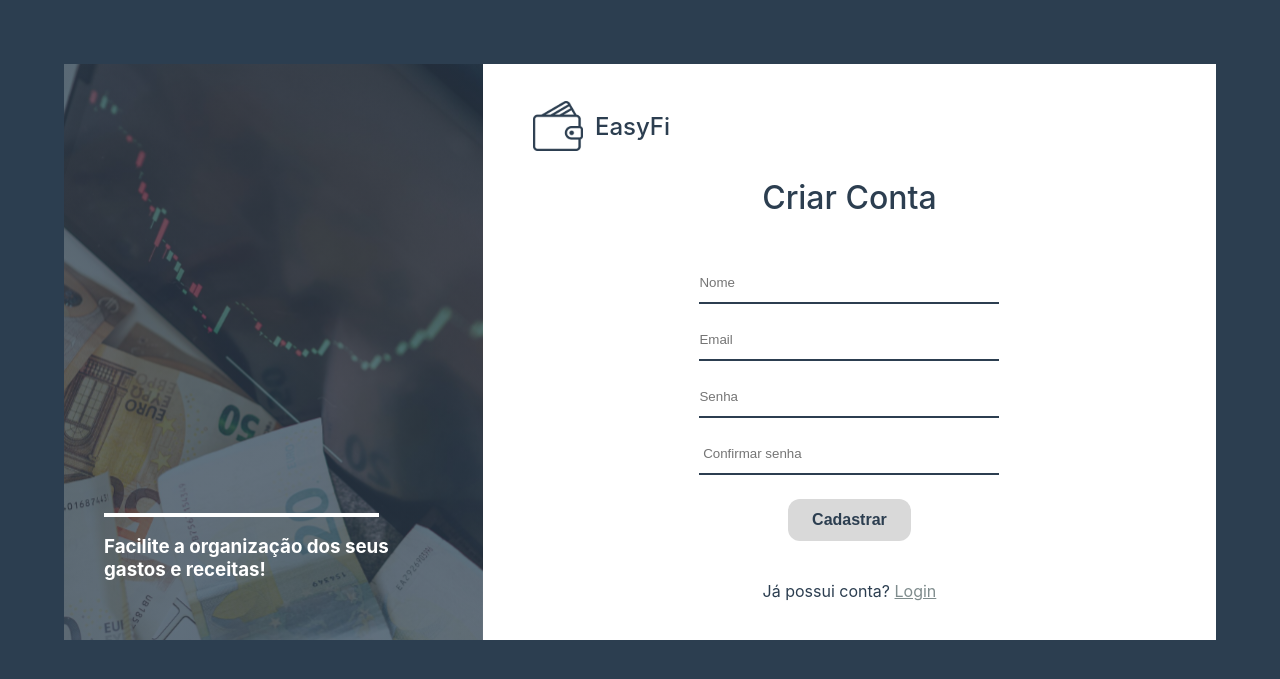
Repository: Ingridiag/projeto-engenharia
Page: cadastro.html
These files come from the project's save history. The page is drawn as it stood at one moment and after a run of saves; the edit follows.
The browser window is 1280 px wide. The pictures show the whole page.

Above is the page before, as saved 2024-10-28 18:08:51.

After the next 2 saves:
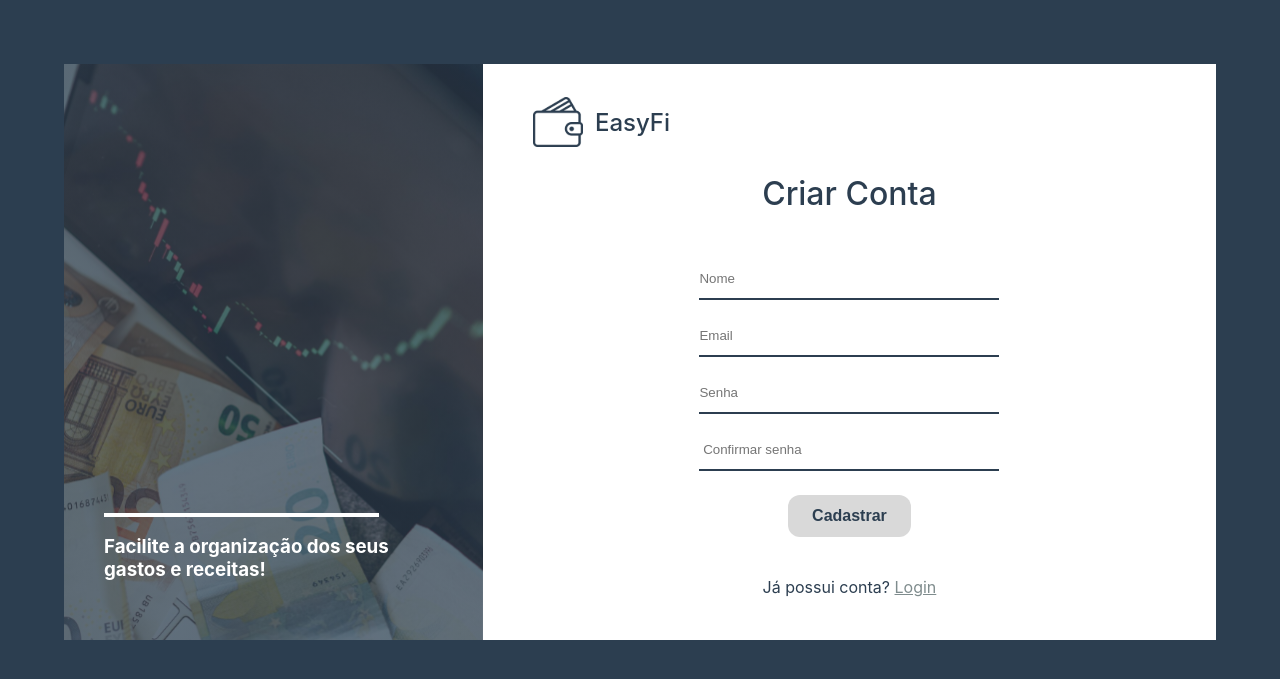
The 2 saves are shown as one change because they came seconds apart.
The last was saved 10 s later.
--- a/style.css
+++ b/style.css
@@ -35,7 +35,7 @@ body {
     display: flex;
     gap: 12px;
     align-items: center;
-    padding: 8px 50px 0;
+    padding: 0 50px 0;
     color: #2C3E50;
 
     h1 {
